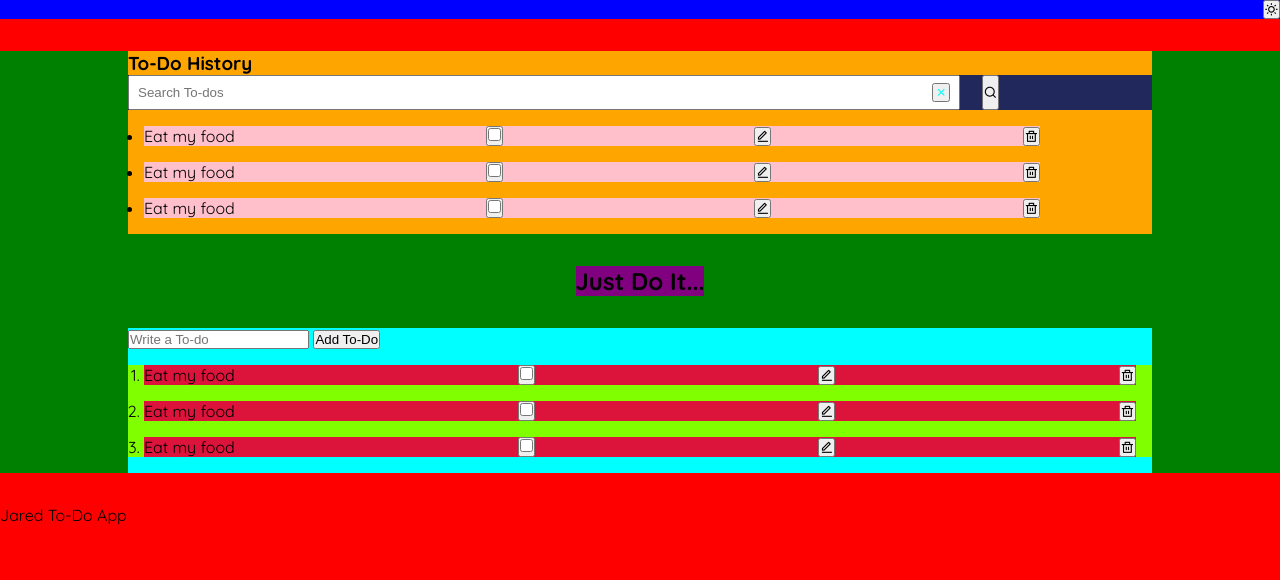
Repository: EguJaredoBoyd/Jared-ToDo-App
Page: main.html
The author's editor kept a copy of each file at every save. The page is drawn from the files as they stood at one save, then again after the next save.
The browser window is 1280 px wide. The pictures show the whole page.
Some web libraries are served in a nearby version.

Above is the page before, as saved 2025-12-23 21:24:41.
Not found: js/to-do.j

### main.html
<!DOCTYPE html>
<html lang="en">
  <head>
    <meta charset="UTF-8" />
    <meta name="viewport" content="width=device-width, initial-scale=1.0" />
    <title>Document</title>
    <link
      href="https://cdn.jsdelivr.net/npm/remixicon@4.7.0/fonts/remixicon.css"
      rel="stylesheet"
    />
    <link rel="preconnect" href="https://fonts.googleapis.com" />
    <link rel="preconnect" href="https://fonts.gstatic.com" crossorigin />
    <link
      href="https://fonts.googleapis.com/css2?family=Quicksand:wght@300..700&display=swap"
      rel="stylesheet"
    />
    <link rel="stylesheet" href="./css/main.css" />
    <script src="./js/to-do.j" defer></script>
  </head>

  <body>
    <div class="body__todo-wrapper">
      <header>
        <button><i class="ri-sun-line"></i></button>
      </header>

      <main>
        <section class="todo-history">
          <div>
            <h3>To-Do History</h3>
          </div>
          <div class="todo-history__icon">
            <div>
              <input type="text" placeholder="Search To-dos " />
              <button id="cancel-search-button">
                <i class="ri-close-line"></i>
              </button>
            </div>
            <button id="search-button"><i class="ri-search-line"></i></button>
          </div>
          <div>
            <ul>
              <div class="ul__list">
                <li>Eat my food</li>
                <button>
                  <input type="checkbox" name="checkbox" id="checkbox" />
                </button>
                <button><i class="ri-edit-line"></i></button>
                <button><i class="ri-delete-bin-line"></i></button>
              </div>
              <div class="ul__list">
                <li>Eat my food</li>
                <button>
                  <input type="checkbox" name="checkbox" id="checkbox" />
                </button>
                <button><i class="ri-edit-line"></i></button>
                <button><i class="ri-delete-bin-line"></i></button>
              </div>
              <div class="ul__list">
                <li>Eat my food</li>
                <button>
                  <input type="checkbox" name="checkbox" id="checkbox" />
                </button>
                <button>
                  <i class="ri-edit-line"></i>
                </button>
                <button>
                  <i class="ri-delete-bin-line"></i>
                </button>
              </div>
            </ul>
          </div>
        </section>

        <section class="todo-title">
          <div>
            <h2>Just Do It...</h2>
          </div>
        </section>

        <section class="todo-add-task">
          <div class="To-Do">
            <input type="text" id="to-do" placeholder="Write a To-do" />
            <button id="add-task">Add To-Do</button>

            <ol id="task-show" class="task-list">
              <div class="ol__list">
                <li>Eat my food</li>
                <button>
                  <input type="checkbox" name="checkbox" id="checkbox" />
                </button>
                <button><i class="ri-edit-line"></i></button>
                <button><i class="ri-delete-bin-line"></i></button>
              </div>
              <div class="ol__list">
                <li>Eat my food</li>
                <button>
                  <input type="checkbox" name="checkbox" id="checkbox" />
                </button>
                <button><i class="ri-edit-line"></i></button>
                <button><i class="ri-delete-bin-line"></i></button>
              </div>
              <div class="ol__list">
                <li>Eat my food</li>
                <button>
                  <input type="checkbox" name="checkbox" id="checkbox" />
                </button>
                <button><i class="ri-edit-line"></i></button>
                <button><i class="ri-delete-bin-line"></i></button>
              </div>
            </ol>
          </div>
        </section>
      </main>

      <footer>
        <div>Jared To-Do App</div>
      </footer>
    </div>
  </body>
</html>

### css/main.css
*,
*::before,
*::after {
  box-sizing: border-box;
  margin: 0;
  padding: 0;
}

:root {
  /* My project colours to use */
  --primary-color: #21295c;
  --secondary-color: #ffffff;

  /* My font size to use */
  --font-base: 16px;

  /* My spaces to use */
}

html {
  font-size: var(--font-base);
}

body {
  font-family: "Quicksand", sans-serif;
  background-color: red;
  max-width: 100vw;
  max-height: 100vh;
}

.body__todo-wrapper header {
  display: flex;
  justify-content: end;
  align-items: center;
  background-color: blue;
}

main {
  display: flex;
  flex-direction: column;
  justify-content: center;
  align-items: center;
  background-color: green;
  gap: 2rem;
  margin: 2rem 0;
  width: 100vw;
  max-width: 100vw;
}

.todo-history {
  width: 80vw;
  position: relative;
  background-color: orange;
}

.todo-history__icon {
  display: flex;
  background-color: #21295c;
}

.todo-history__icon div input {
  width: 65vw;
  padding: 0.5rem;
}

#cancel-search-button {
  position: relative;
  right: 2rem;
  color: aqua;
}

.todo-history__icon div #search-button {
  padding: 1rem;
}

.ul__list {
  display: flex;
  justify-content: space-between;
  align-items: center;
  margin: 1rem;
  width: 70vw;
  background-color: pink;
}

.todo-title {
  background-color: purple;
}

.todo-add-task {
  width: 80vw;
  background-color: aqua;
}

.task-list {
  background-color: chartreuse;
}

.ol__list {
  display: flex;
  justify-content: space-between;
  align-items: center;
  margin: 1rem;
  background-color: crimson;
}

After the next save:
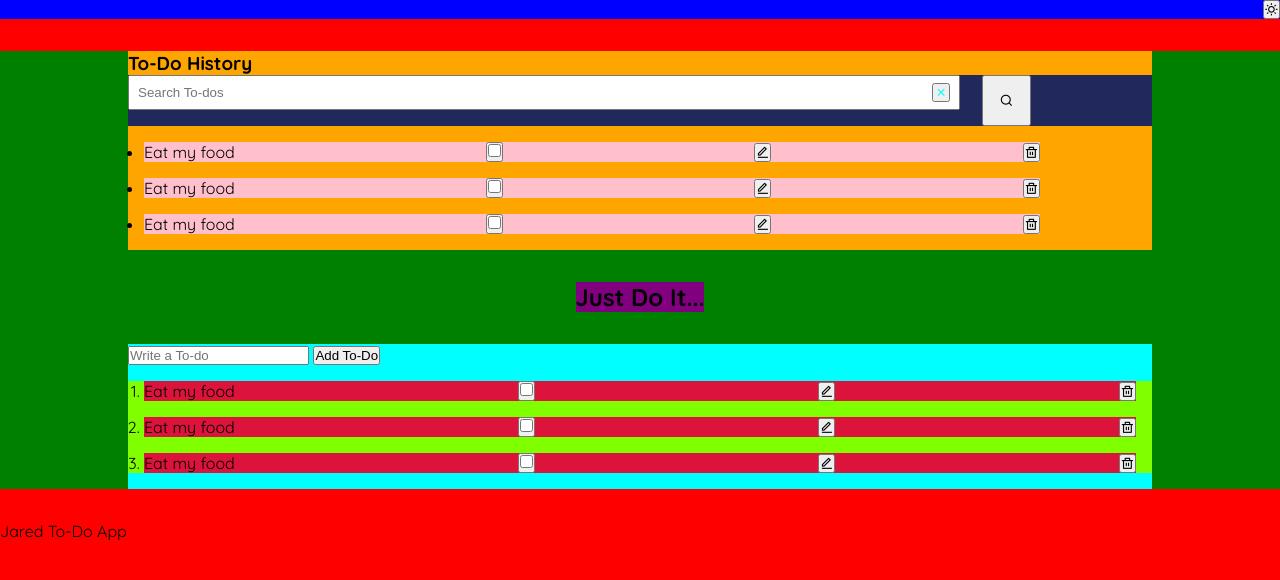
Saved 65 s later.
--- a/css/main.css
+++ b/css/main.css
@@ -69,7 +69,7 @@
   color: aqua;
 }
 
-.todo-history__icon div #search-button {
+#search-button {
   padding: 1rem;
 }
 

After the save that followed:
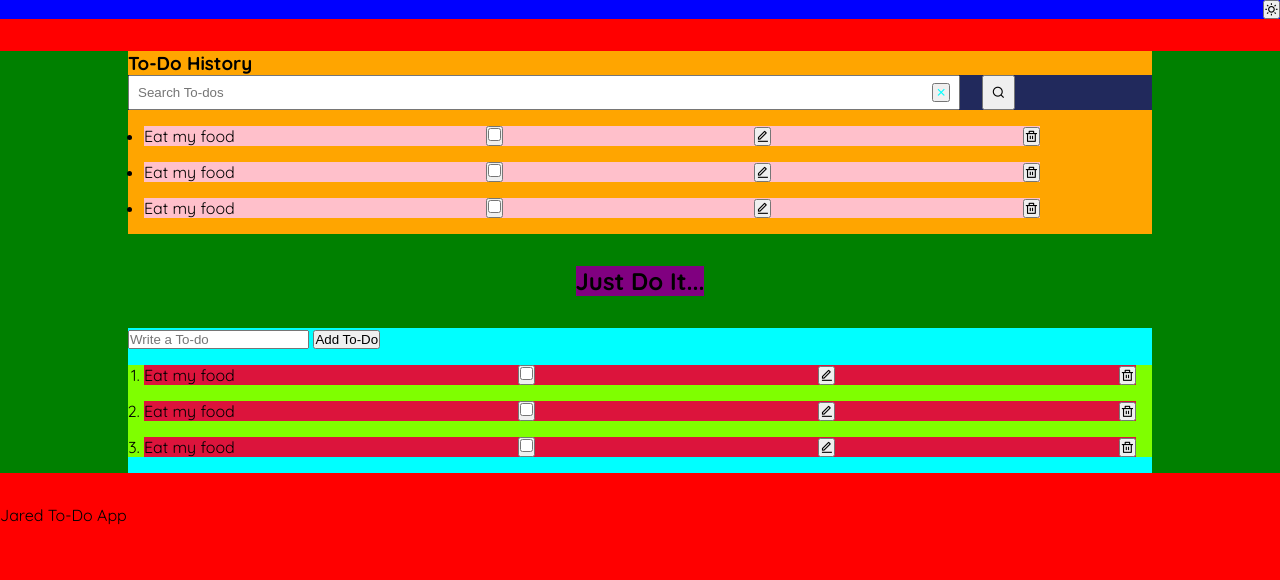
Saved 22 s later.
--- a/css/main.css
+++ b/css/main.css
@@ -70,7 +70,7 @@
 }
 
 #search-button {
-  padding: 1rem;
+  padding: 0.5rem;
 }
 
 .ul__list {
